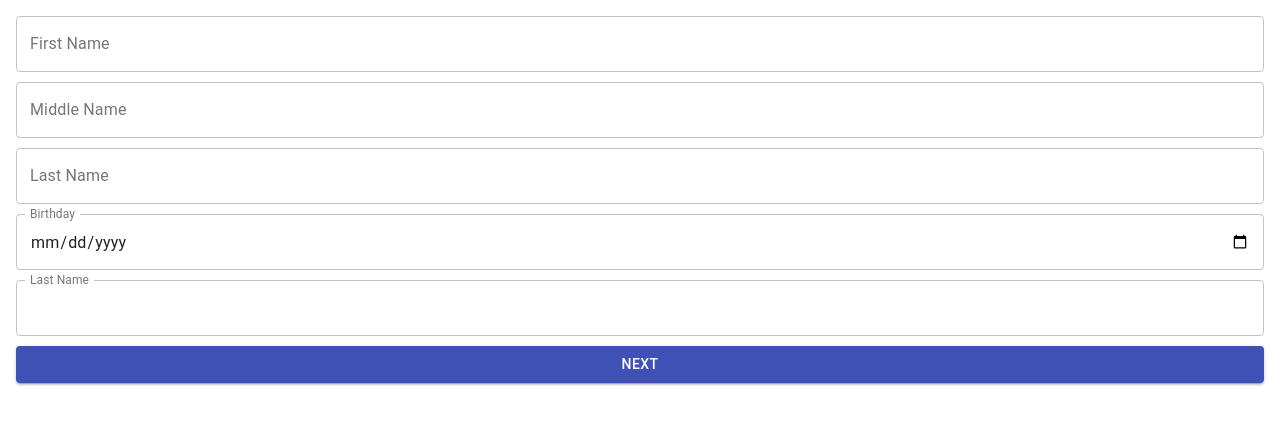
Repository: chathuraedirisingh/rr
Page: /
An editor plug-in stored every save of this project. The page is shown before and after the next save, followed by the edit.
The browser window is 1280 px wide. The pictures show the whole page.
The project was rebuilt for these pictures with package versions that can differ from the ones it lists, and the page was loaded fresh each time.

Above is the page before, as saved 2019-12-18 00:59:17.

### src/App.js
import React, { Component } from 'react'
import UserForm from './components/UserForm'

export default class App extends Component {
  render() {
    return (
      <UserForm />
    )
  }
}

### src/components/UserForm.js
import React, { Component } from 'react'
import FormPersonalDetails from './FormPersonalDetails';

export default class UserForm extends Component {
    state = {
        step: 1,
        firstname: "",
        middlename: "",
        lastname: "",
        birthday: '',
        ssn: "",
        email: "",
        phone: "",
        address: "",
        city: "",
        state: "",
        zip: "",
        employed: "",
        employer_name: "",
        job_title: "",
        emp_phone: "",
        income: "",
        start_date: "",
        income_ext: ""
    };

    nextStep = () => {
        const { step } = this.state;
        this.setState({
            step: step + 1
        });
        console.log(this.state);
    };

    prevStep = () => {
        const { step } = this.state;
        this.setState({
            step: step + 1
        });
    };

    handleChange = input => e => {
        this.setState({
            [input]: e.target.value
        });
    };

    render() {
        const { step } = this.state;
        const {
            firstname,
            middlename,
            lastname,
            birthday,
            ssn,

            email,
            phone,
            address,
            city,
            state,
            zip,

            employed,
            employer_name,
            job_title,
            emp_phone,
            income,
            start_date,
            income_ext
        } = this.state;

        const values = {
            firstname,
            middlename,
            lastname,
            birthday,
            ssn,
            email,
            phone,
            address,
            city,
            state,
            zip,
            employed,
            employer_name,
            job_title,
            emp_phone,
            income,
            start_date,
            income_ext
        };

        switch (step) {
            case 1:
                return (
                    <FormPersonalDetails
                        nextStep={this.nextStep}
                        handleChange={this.handleChange}
                        values={values}
                    />
                )
        }

        return (
            <div>

            </div>
        )
    }
}

### src/components/FormPersonalDetails.js
import React, { Component, Fragment, useState } from "react";
import { Button, TextField, Container, Box } from "@material-ui/core";


export default class FormPersonalDetails extends Component {
    continue = e => {
        e.preventDefault();
        this.props.nextStep();
    };

    render() {

        const { values, handleChange } = this.props;
        return (
            <Fragment>
                <div style={{ width: '100%' }}>
                    <Box display="flex"
                        flexDirection="column"
                        p={1} m={1}
                        bgcolor="background.paper">
                        <TextField
                            style={{ marginBottom: 10 }}
                            label="First Name"
                            variant="outlined"
                            onChange={handleChange('firstname')}
                            defaultValue={values.firstname} />
                        <TextField
                            style={{ marginBottom: 10 }}
                            label="Middle Name"
                            variant="outlined"
                            onChange={handleChange('middlename')}
                            defaultValue={values.firstname} />
                        <TextField
                            style={{ marginBottom: 10 }}
                            label="Last Name"
                            variant="outlined"
                            onChange={handleChange('lastname')}
                            defaultValue={values.firstname} />
                        <TextField
                            style={{ marginBottom: 10 }}
                            id="date"
                            type="date"
                            label="Birthday"
                            variant="outlined"
                            onChange={handleChange('birthday')}
                            defaultValue={values.birthday}
                            InputLabelProps={{
                                shrink: true,
                            }}
                        />

                        <TextField
                            style={{ marginBottom: 10 }}
                            label="Last Name"
                            variant="outlined"
                            onChange={handleChange('ssn')}
                            defaultValue={values.ssn}
                            InputLabelProps={{
                                shrink: true,
                            }} />
                        <Button
                            style={{ marginBottom: 10 }}
                            variant="contained"
                            color="primary"
                            href="#contained-buttons"
                            onClick={this.continue} >Next</Button>
                    </Box>

                </div>
            </Fragment>
        )
    }
}

Loaded but not shown: public/index.html (common file); src/index.js (common file); src/index.css (common file); src/serviceWorker.js (common file)

After the next save:
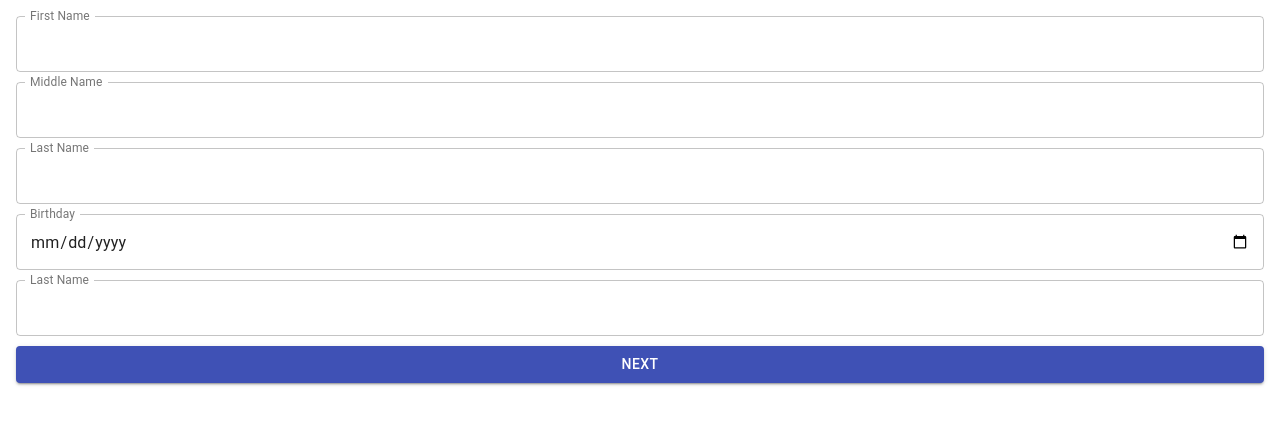
Saved 17 s later.
--- a/src/components/FormPersonalDetails.js
+++ b/src/components/FormPersonalDetails.js
@@ -23,19 +23,28 @@ export default class FormPersonalDetails extends Component {
                             label="First Name"
                             variant="outlined"
                             onChange={handleChange('firstname')}
-                            defaultValue={values.firstname} />
+                            defaultValue={values.firstname}
+                            InputLabelProps={{
+                                shrink: true,
+                            }} />
                         <TextField
                             style={{ marginBottom: 10 }}
                             label="Middle Name"
                             variant="outlined"
                             onChange={handleChange('middlename')}
-                            defaultValue={values.firstname} />
+                            defaultValue={values.firstname}
+                            InputLabelProps={{
+                                shrink: true,
+                            }} />
                         <TextField
                             style={{ marginBottom: 10 }}
                             label="Last Name"
                             variant="outlined"
                             onChange={handleChange('lastname')}
-                            defaultValue={values.firstname} />
+                            defaultValue={values.firstname}
+                            InputLabelProps={{
+                                shrink: true,
+                            }} />
                         <TextField
                             style={{ marginBottom: 10 }}
                             id="date"
